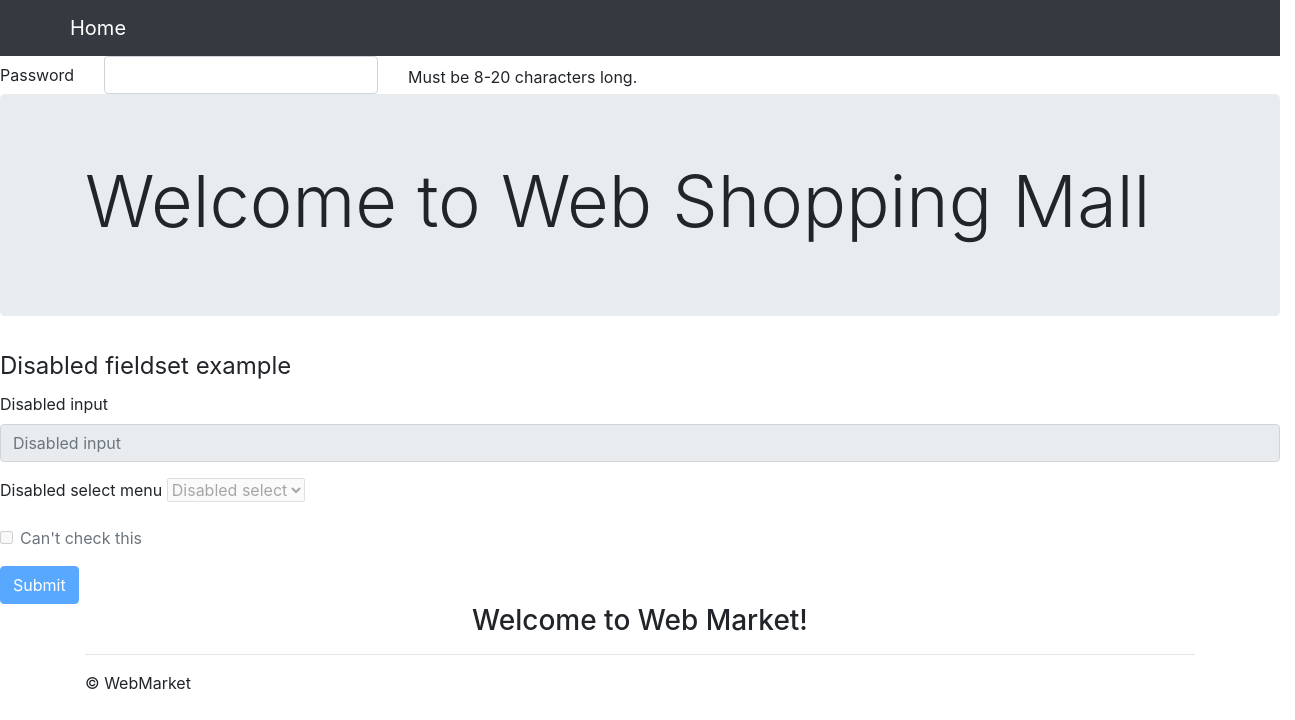
Repository: hodob/JSP_Practice
Page: http://localhost/JSP_WebMarket_JJH/ch02_ex/welcome.jsp
These files come from the project's save history. The page is drawn as it stood at one moment and after the next save; the edit follows.
The browser window is 1280 px wide. The page is 1295 px wide, so the pictures cover 1295 px, including what lies to the right of the window. The pictures show the whole page.
The page is served by Tomcat 9. Other server files are loaded and not shown.

Above is the page before, as saved 2022-08-05 06:16:02.

### JSP_WebMarket_JJH/WebContent/ch02_ex/welcome.jsp
<%@ page language="java" contentType="text/html; charset=UTF-8"
	pageEncoding="UTF-8"%>
<!DOCTYPE html>
<html>
<head>
<meta charset="UTF-8">
<link rel="stylesheet"
	href="https://maxcdn.bootstrapcdn.com/bootstrap/4.0.0/css/bootstrap.min.css">
<title>Welcome</title>
</head>
<body>
	<nav class="navbar navbar-expand  navbar-dark bg-dark">
		<div class="container">
			<div class="navbar-header">
				<a class="navbar-brand" href="./welcome.jsp">Home</a>
			</div>
		</div>
	</nav>
	<%!String greeting = "Welcome to Web Shopping Mall";
	String tagline = "Welcome to Web Market!";%>
	<!--bootstrap start -->
	<div class="row g-3 align-items-center">
		<div class="col-auto">
			<label for="inputPassword6" class="col-form-label">Password</label>
		</div>
		<div class="col-auto">
			<input type="password" id="inputPassword6" class="form-control"
				aria-describedby="passwordHelpInline">
		</div>
		<div class="col-auto">
			<span id="passwordHelpInline" class="form-text"> Must be 8-20
				characters long. </span>
		</div>
	</div>
	<!-- boot end -->
	<div class="jumbotron">
		<div class="container">
			<h1 class="display-3">
				<%=greeting%>
			</h1>
		</div>
	</div>
	<!-- boot strap start -->
	<form>
  <fieldset disabled>
    <legend>Disabled fieldset example</legend>
    <div class="mb-3">
      <label for="disabledTextInput" class="form-label">Disabled input</label>
      <input type="text" id="disabledTextInput" class="form-control" placeholder="Disabled input">
    </div>
    <div class="mb-3">
      <label for="disabledSelect" class="form-label">Disabled select menu</label>
      <select id="disabledSelect" class="form-select">
        <option>Disabled select</option>
      </select>
    </div>
    <div class="mb-3">
      <div class="form-check">
        <input class="form-check-input" type="checkbox" id="disabledFieldsetCheck" disabled>
        <label class="form-check-label" for="disabledFieldsetCheck">
          Can't check this
        </label>
      </div>
    </div>
    <button type="submit" class="btn btn-primary">Submit</button>
  </fieldset>
</form>
	<!-- bootstrap end -->
	<div class="container">
		<div class="text-center">
			<h3>
				<%=tagline%>
			</h3>
		</div>
		<hr>
	</div>
	<footer class="container">
		<p>&copy; WebMarket</p>
	</footer>
</body>
</html>

After the next save:
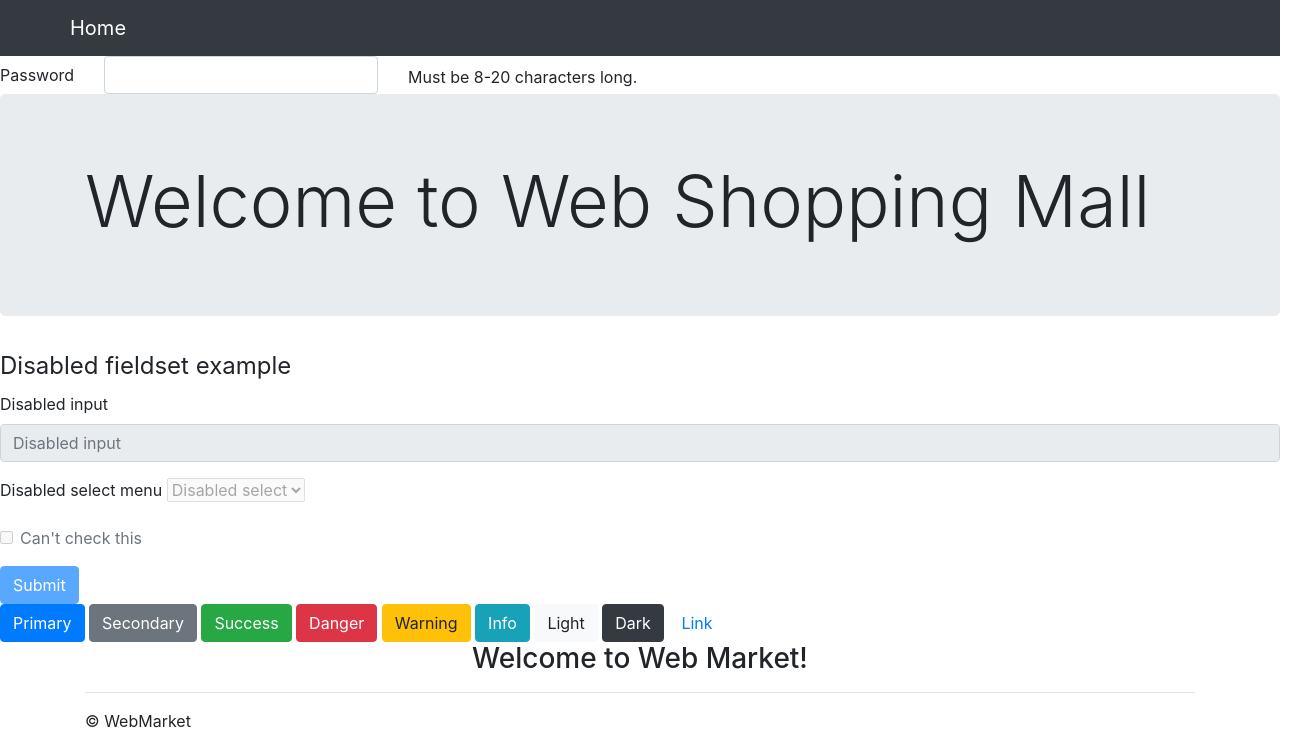
Saved 3 min 10 s later.
--- a/JSP_WebMarket_JJH/WebContent/ch02_ex/welcome.jsp
+++ b/JSP_WebMarket_JJH/WebContent/ch02_ex/welcome.jsp
@@ -65,6 +65,16 @@
     <button type="submit" class="btn btn-primary">Submit</button>
   </fieldset>
 </form>
+<button type="button" class="btn btn-primary">Primary</button>
+<button type="button" class="btn btn-secondary">Secondary</button>
+<button type="button" class="btn btn-success">Success</button>
+<button type="button" class="btn btn-danger">Danger</button>
+<button type="button" class="btn btn-warning">Warning</button>
+<button type="button" class="btn btn-info">Info</button>
+<button type="button" class="btn btn-light">Light</button>
+<button type="button" class="btn btn-dark">Dark</button>
+
+<button type="button" class="btn btn-link">Link</button>
 	<!-- bootstrap end -->
 	<div class="container">
 		<div class="text-center">
